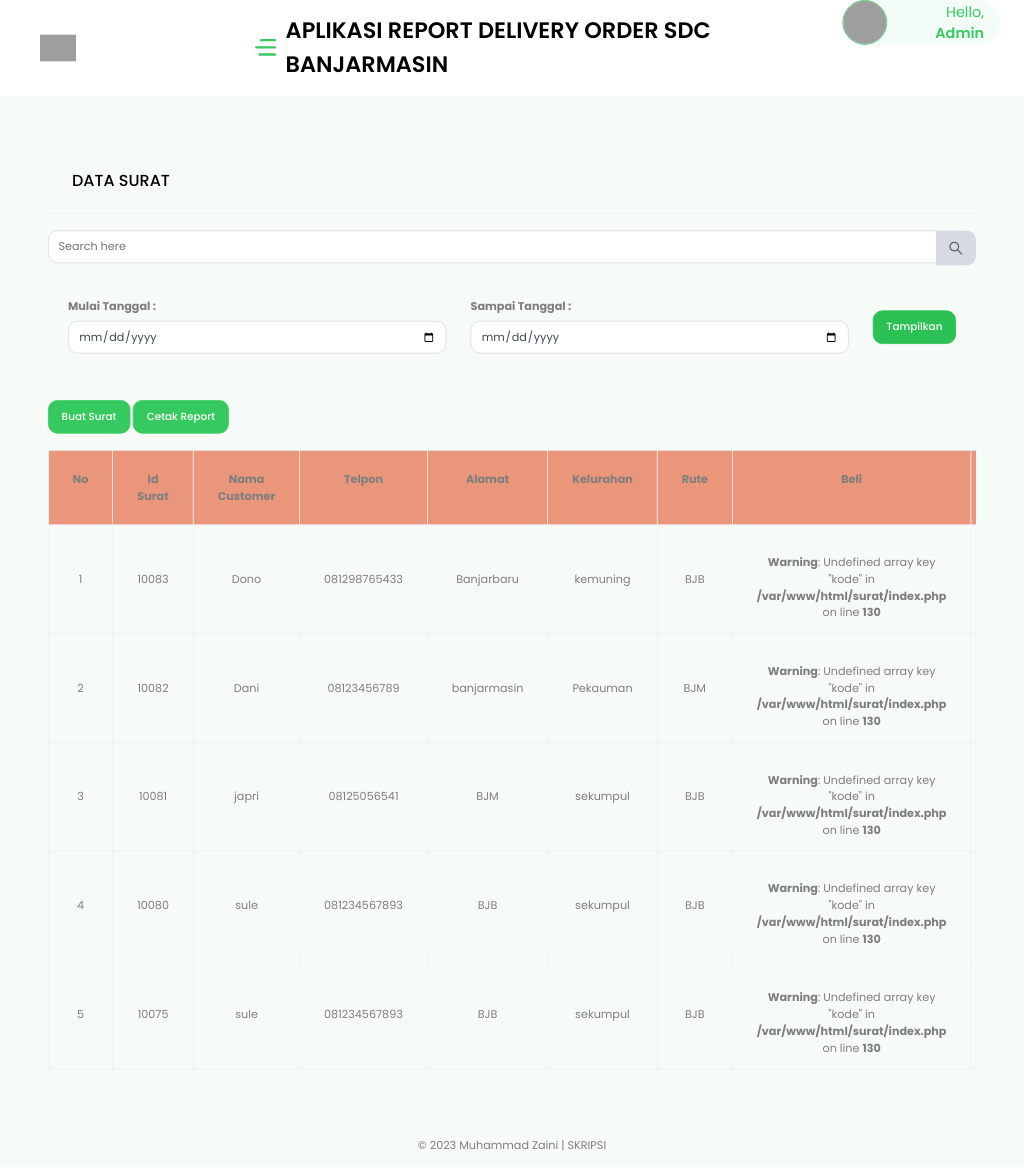
Repository: muhammadzainiy31/skripsi
Page: http://localhost/surat/index.php
These files come from the project's save history. The page is drawn as it stood at one moment and after the next save; the edit follows.
The browser window is 1280 px wide. The pictures show the whole page, at 80% of full size.
Pictures or frames that could not be fetched are drawn as grey boxes. The page is run by PHP 8.4 with error messages shown; the project is at /var/www/html/. Other server files are loaded and not shown. The database holds what the project's SQL file puts in it.

Above is the page before, as saved 2023-07-02 11:41:39.

### surat/index.php
<!DOCTYPE html>
<html lang="en">

<head>
    <meta charset="utf-8">
    <meta http-equiv="X-UA-Compatible" content="IE=edge">
    <meta name="viewport" content="width=device-width,initial-scale=1">
    <title>APPLIKASI REPORT DELIVERY ORDER | DATA</title>
    <!-- Favicon icon -->
    <link rel="icon" type="image/png" sizes="16x16" href="../images/2.png">
    <link href="../vendor/bootstrap-select/dist/css/bootstrap-select.min.css" rel="stylesheet">
    <link href="../css/style.css" rel="stylesheet">

    <style>
        .scroll-horizontal {
            overflow-x: auto;
        }
    </style>
</head>

<body>
    <div id="preloader">
        <div class="sk-three-bounce">
            <div class="sk-child sk-bounce1"></div>
            <div class="sk-child sk-bounce2"></div>
            <div class="sk-child sk-bounce3"></div>
        </div>
    </div>

    <div id="main-wrapper">
        <?php include "../theme-header.php" ?>
        <?php include "../theme-sidebar.php" ?>

        <!--**********************************
            Content body start
        ***********************************-->
        <div class="content-body">
            <div class="container-fluid">
                <div class="card-body">
                    <div class="card-header">
                        <h4 class="card-title">DATA SURAT</h4>
                        <br> <br>
                    </div>
                    <br>
                    <div class="input-group search-area ml-auto d-inline-flex">
                        <input type="text" class="form-control" placeholder="Search here">
                        <div class="input-group-append">
                            <button type="button" class="input-group-text"><i class="flaticon-381-search-2"></i></button>
                        </div>
                    </div>


                    <!-- Bagian form filter -->
                    <div class="container align-items-center">
                        <form action="" method="post">
                            <div class="row">
                                <div class="col form-group">
                                    <label for="inputMulaiTanggal" class="font-weight-bold">Mulai Tanggal :</label>
                                    <input type="date" id="inputMulaiTanggal" name="mulai_tanggal" class="form-control" required>
                                </div>
                                <div class="col form-group">
                                    <label for="inputSampaiTanggal" class="font-weight-bold">Sampai Tanggal :</label>
                                    <input type="date" id="inputSampaiTanggal" name="sampai_tanggal" class="form-control" required>
                                </div>
                                <div class="col-auto form-group">
                                    <button type="submit" name="filter" class="btn btn-success mt-3">Tampilkan</button>
                                </div>
                            </div>
                        </form>
                    </div>

                    <!-- Bagian proses filter -->
                    <?php
                    // Cek apakah filter sudah di-submit
                    if (isset($_POST['filter'])) {
                        // Ambil tanggal mulai dan tanggal sampai dari form
                        $mulai_tanggal = $_POST['mulai_tanggal'];
                        $sampai_tanggal = $_POST['sampai_tanggal'];

                        // Buat query dengan kondisi filter tanggal
                        $query = "SELECT * FROM pemasukan WHERE tgl_pemasukan BETWEEN '$mulai_tanggal' AND '$sampai_tanggal'";
                        $result = mysqli_query($conn, $query);

                        // Tampilkan data sesuai hasil filter
                        if (mysqli_num_rows($result) > 0) {
                            while ($row = mysqli_fetch_assoc($result)) {
                                // Tampilkan data sesuai kebutuhan Anda
                                // ...
                            }
                        } else {
                            echo "Data tidak ditemukan.";
                        }
                    }
                    ?>
                    <br>
                    <br>
                    <a href="../surat/input.php" class="btn btn-primary">Buat Surat</a>
                    <a href="cetak.php" class="btn btn-primary">Cetak Report</a>
                    <br>
                    <br>
                    <div class="scroll-horizontal">
                        <table class="table table-bordered">
                            <tr align="center" bgcolor="#E9967A">
                                <th>No</th>
                                <th>Id Surat</th>
                                <th>Nama Customer</th>
                                <th>Telpon</th>
                                <th>Alamat</th>
                                <th>Kelurahan</th>
                                <th>Rute</th>
                                <th>Beli</th>
                                <th>Aksi</th>
                            </tr>
                            <?php
                            include '../koneksi.php';
                            $no = 1;
                            $tampil = mysqli_query($conn, "SELECT * FROM tb_surat ORDER BY id_surat DESC");

                            if (mysqli_num_rows($tampil) > 0) {
                                while ($hasil = mysqli_fetch_assoc($tampil)) {
                                    ?>
                                    <tr align="center">
                                        <td><?php echo $no++ ?></td>
                                        <td><?php echo $hasil['id_surat'] ?></td>
                                        <td><?php echo $hasil['nm_cust'] ?></td>
                                        <td><?php echo $hasil['no_telpon'] ?></td>
                                        <td><?php echo $hasil['alamat_cust'] ?></td>
                                        <td><?php echo $hasil['kelurahan'] ?></td>
                                        <td><?php echo $hasil['rute'] ?></td>
                                        <td><?php echo $hasil['kode'] ?></td>
                                        <td><?php echo $hasil['qty'] ?></td>
                                        <td><?php echo $hasil['tanggal_kirim'] ?></td>
                                        <td>
                                            <div class="d-flex">
                                                <a href="beli.php?id_surat=<?php echo $hasil['id_surat']; ?>" class="btn btn-primary shadow btn-xs sharp mr-1"><i class="fa fa-pencil"></i></a>
                                            </div>
                                        </td>
                                        <td>
                                            <div class="d-flex">
                                                <a href="edit.php?id_surat=<?php echo $hasil['id_surat']; ?>" class="btn btn-primary shadow btn-xs sharp mr-1"><i class="fa fa-pencil"></i></a>
                                                <a href="hapus.php?id_surat=<?php echo $hasil['id_surat']; ?>" class="btn btn-danger shadow btn-xs sharp"><i class="fa fa-trash"></i></a>
                                            </div>
                                        </td>
                                    </tr>
                            <?php
                                }
                            } else { ?>
                                <tr>
                                    <td colspan="7" align="center">Data kosong</td>
                                </tr>
                            <?php } ?>
                        </table>
                    </div>
                    <br>
                </div>
            </div>
        </div>
        <!--**********************************
            Content body end
        ***********************************-->

        <?php include "../theme-footer.php" ?>

    </div>

    <!-- Required vendors -->
    <script src="../vendor/global/global.min.js"></script>
    <script src="../vendor/bootstrap-select/dist/js/bootstrap-select.min.js"></script>
    <script src="../js/custom.min.js"></script>
    <script src="../js/deznav-init.js"></script>
    <script src="../vendor/highlightjs/highlight.pack.min.js"></script>
    <!-- Circle progress -->
</body>

</html>

### theme-header.php
<!--**********************************
    Nav header start
***********************************-->
<div class="nav-header">
    <a href="index.html" class="brand-logo">
        <img class="logo-abbr" src="../images/2.png" alt="">
    </a>

    <div class="nav-control">
        <div class="hamburger">
            <span class="line"></span><span class="line"></span><span class="line"></span>
        </div>
    </div>
</div>

<!--**********************************
    Header start
***********************************-->
<div class="header">
    <div class="header-content">
        <nav class="navbar navbar-expand">
            <div class="collapse navbar-collapse justify-content-between">
                <div class="header-left">
                    <div class="dashboard_bar">
                        APLIKASI REPORT DELIVERY ORDER SDC BANJARMASIN
                    </div>
                </div>
                <div class="header-right">
                    <ul class="navbar-nav">
                        <li class="nav-item dropdown header-profile">
                            <a class="nav-link" href="javascript:;" role="button" data-toggle="dropdown">
                                <img src="../images/profile/12.png" width="100" alt="">
                                <div class="header-info">
                                    <span>Hello, <strong>Admin</strong></span>
                                </div>
                            </a>
                            <div class="dropdown-menu dropdown-menu-right">
                                <a href="../app-profile.html" class="dropdown-item ai-icon">
                                    <svg id="icon-user1" xmlns="http://www.w3.org/2000/svg" class="text-primary" width="18" height="18" viewBox="0 0 24 24" fill="none" stroke="currentColor" stroke-width="2" stroke-linecap="round" stroke-linejoin="round">
                                        <path d="M20 21v-2a4 4 0 0 0-4-4H8a4 4 0 0 0-4 4v2"></path>
                                        <circle cx="12" cy="7" r="4"></circle>
                                    </svg>
                                    <span class="ml-2">Profile</span>
                                </a>
                                <a href="../index.php" class="dropdown-item ai-icon">
                                    <svg id="icon-logout" xmlns="http://www.w3.org/2000/svg" class="text-danger" width="18" height="18" viewBox="0 0 24 24" fill="none" stroke="currentColor" stroke-width="2" stroke-linecap="round" stroke-linejoin="round">
                                        <path d="M9 21H5a2 2 0 0 1-2-2V5a2 2 0 0 1 2-2h4"></path>
                                        <polyline points="16 17 21 12 16 7"></polyline>
                                        <line x1="21" y1="12" x2="9" y2="12"></line>
                                    </svg>
                                    <span class="ml-2">Logout</span>
                                </a>
                            </div>
                        </li>
                    </ul>
                </div>
            </div>
        </nav>
    </div>
</div>
<!--**********************************
    Header end
***********************************-->

### theme-sidebar.php
<!--**********************************
    Sidebar start
***********************************-->
<div class="deznav">
    <div class="deznav-scroll">
        <ul class="metismenu" id="menu">
            <li>
                <a class="has-arrow ai-icon" href="javascript:void()" aria-expanded="false">
                    <i class="flaticon-381-network"></i>
                    <span class="nav-text">DATA</span>
                </a>
                <ul aria-expanded="false">
                    <li><a href="../rdo/index.php">RDO</a></li>
                    <li><a href="../surat/index.php">Surat</a></li>
                    <li><a href="../pengiriman/index.php">Pengiriman</a></li>
                    <li><a href="../customer/index.php">Customer</a></li>
                    <li><a href="../barang/index.php">Barang</a></li>
                    <li><a href="../driver/index.php">Driver</a></li>
                    <li><a href="../armada/index.php">Armada</a></li>
                </ul>
            </li>
            <li>
                <a class="has-arrow ai-icon" href="javascript:void()" aria-expanded="false">
                    <i class="flaticon-381-notepad"></i>
                    <span class="nav-text">INPUT</span>
                </a>
                <ul aria-expanded="false">
                    <li><a href="../surat/input.php">Surat</a></li>
                    <li><a href="../customer/input.php">Customer</a></li>
                    <li><a href="../barang/input.php">Barang</a></li>
                    <li><a href="../driver/input.php">Driver</a></li>
                    <li><a href="../armada/input.php">Armada</a></li>
                    <li><a href="../lap_riw_servis_mobil/input.php">Servis Armada</a></li>
                </ul>
            </li>
            <li><li>
    <a class="has-arrow ai-icon" href="javascript:void()" aria-expanded="false">
        <i class="flaticon-381-network"></i>
        <span class="nav-text">LAPORAN</span>
    </a>
    <ul aria-expanded="false">
        <li><a href="../pengiriman/index.php">Pengiriman</a></li>
        <li><a href="../lap_surat_jalan/index.php">Surat Jalan</a></li>
        <li><a href="../lap_barang_laris/index.php">Barang Terlaris</a></li>
        <li><a href="../lap_minim_barang_stok/index.php">Barang Minim stok</a></li>
        <li><a href="../lap_berlaku_sim/index.php">Berlaku SIM Driver</a></li>
        <li><a href="../lap_cust_berdasarkan_wil/index.php">Customer berdasarkan Wilayah</a></li>
        <li><a href="../lap_cust_royal/index.php">Customer Paling Royal</a></li>
        <li><a href="../lap_jarak_tempuh/index.php">Jarak Tempuh Armada</a></li>
        <li><a href="../lap_riw_pengiriman_driver/index.php">Riwayat Pengiriman Driver</a></li>
        <li><a href="../lap_riw_servis_mobil/index.php">Riwayat Servis Armada</a></li>
        <li><a href="../rekap_pengiriman_driver/index.php">Rekap Pengiriman Driver</a></li>
    </ul>
</li>

        </ul>

        <div class="deznav-footer">
            <p>&copy; Muhammad Zaini 2023 | SKRIPSI</p>
        </div>
    </div>
</div>
<!--**********************************
    Sidebar end
***********************************-->

### koneksi.php
<?php
$conn = mysqli_connect ("localhost", "root","","db_report_delivery_order");
date_default_timezone_set("Asia/Singapore");

### theme-footer.php
<!-- **********************************
Footer start
*********************************** -->
<footer class="footer">
    <div class="copyright">
        <p>&copy; 2023 Muhammad Zaini | SKRIPSI</p>
    </div>
</footer>
<!-- **********************************
Footer end
*********************************** -->

### db_report_delivery_order.sql (the tables this page reads)
CREATE TABLE `tb_surat` (
  `id_surat` int(11) NOT NULL,
  `nm_cust` text NOT NULL,
  `no_telpon` text NOT NULL,
  `alamat_cust` text NOT NULL,
  `kelurahan` text NOT NULL,
  `rute` text NOT NULL
) ENGINE=InnoDB DEFAULT CHARSET=utf8mb4 COLLATE=utf8mb4_general_ci;

INSERT INTO `tb_surat` (`id_surat`, `nm_cust`, `no_telpon`, `alamat_cust`, `kelurahan`, `rute`) VALUES
(10075, 'sule', '081234567893', 'BJB', 'sekumpul', 'BJB'),
(10080, 'sule', '081234567893', 'BJB', 'sekumpul', 'BJB'),
(10081, 'japri', '08125056541', 'BJM', 'sekumpul', 'BJB'),
(10082, 'Dani', '08123456789', 'banjarmasin', 'Pekauman', 'BJM'),
(10083, 'Dono', '081298765433', 'Banjarbaru', 'kemuning', 'BJB');

ALTER TABLE `tb_surat`
  ADD PRIMARY KEY (`id_surat`);

ALTER TABLE `tb_surat`
  MODIFY `id_surat` int(11) NOT NULL AUTO_INCREMENT, AUTO_INCREMENT=10084;

Loaded but not shown: css/style.css (library); js/custom.min.js (library); js/deznav-init.js (common file); icons/font-awesome-old/css/font-awesome.min.css (library); icons/material-design-iconic-font/css/materialdesignicons.min.css (library); icons/themify-icons/css/themify-icons.css (common file); icons/line-awesome/css/line-awesome.min.css (library); icons/flaticon/flaticon.css (common file); icons/icomoon/icomoon.css (common file); icons/simple-line-icons/css/simple-line-icons.css (754 lines, source omitted); icons/avasta/css/style.css (547 lines, source omitted)

After the next save:
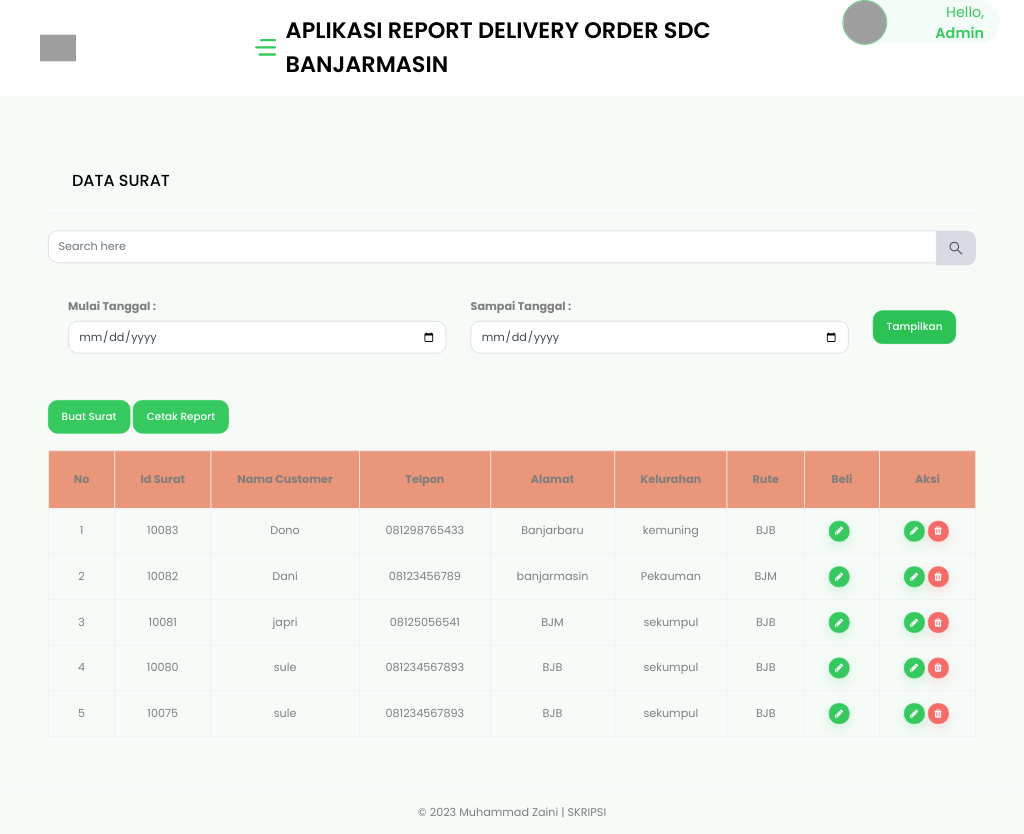
Saved 6 s later.
--- a/surat/index.php
+++ b/surat/index.php
@@ -127,9 +127,6 @@
                                         <td><?php echo $hasil['alamat_cust'] ?></td>
                                         <td><?php echo $hasil['kelurahan'] ?></td>
                                         <td><?php echo $hasil['rute'] ?></td>
-                                        <td><?php echo $hasil['kode'] ?></td>
-                                        <td><?php echo $hasil['qty'] ?></td>
-                                        <td><?php echo $hasil['tanggal_kirim'] ?></td>
                                         <td>
                                             <div class="d-flex">
                                                 <a href="beli.php?id_surat=<?php echo $hasil['id_surat']; ?>" class="btn btn-primary shadow btn-xs sharp mr-1"><i class="fa fa-pencil"></i></a>
